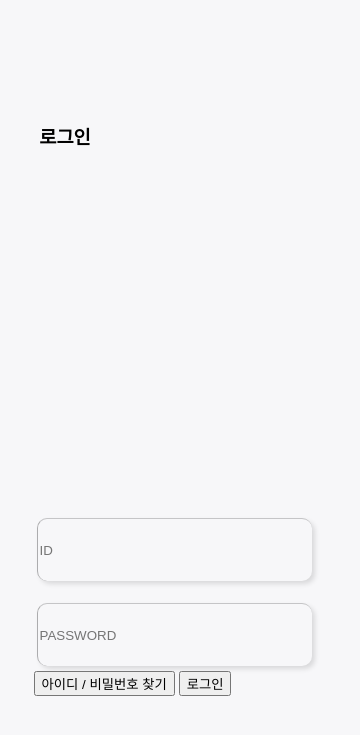
Repository: PEPI-dev/UI
Page: login/login.html
An editor plug-in stored every save of this project. The page is shown before and after a run of saves, followed by the edit.
The browser window is 360 px wide. The pictures show the whole page.

Above is the page before, as saved 2023-12-04 13:38:03.

After the next 3 saves:
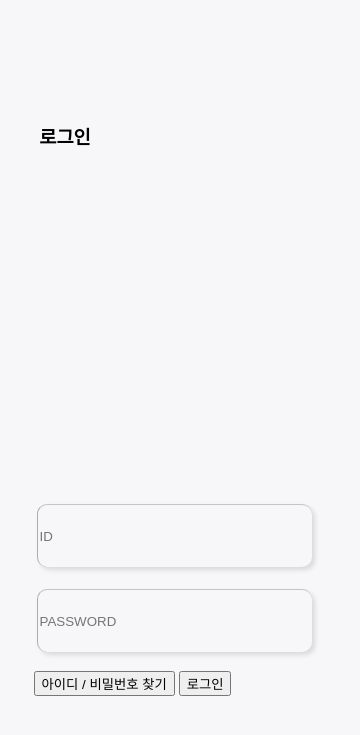
The 3 saves are shown as one change because they came seconds apart.
The last was saved 5 min 22 s later.
--- a/login/login.css
+++ b/login/login.css
@@ -41,7 +41,7 @@ body{
 
     .input_form{
         padding: 3px;
-        margin-bottom: 2px;
+        margin-top: 2px;
         margin-right: 12px;
     }
     .field{
